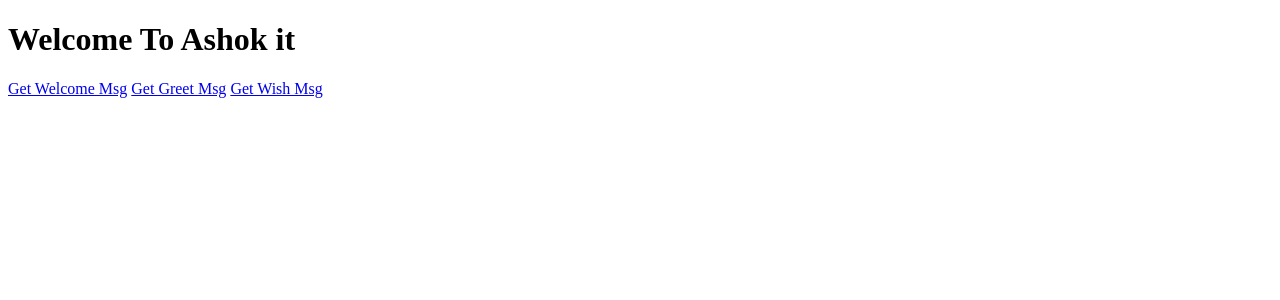
Repository: ashis2000-tech/Development
Page: http://localhost/13-Spring-Web-Mvc-App2-2/pages/index.jsp
An editor plug-in stored every save of this project. The page is shown before and after the next save, followed by the edit.
The browser window is 1280 px wide. The pictures show the whole page.
The page is served by Tomcat 9. Other server files are loaded and not shown.

Above is the page before, as saved 2024-08-05 10:11:46.

### 13-Spring-Web-Mvc-App2-2/src/main/webapp/pages/index.jsp
<%@ page language="java" contentType="text/html; charset=UTF-8"
    pageEncoding="UTF-8"%>
<!DOCTYPE html>
<html>
<head>
<meta charset="UTF-8">
<title>Insert title here</title>
</head>
<body>
<h1>Welcome To Ashok it</h1>
<a href="welcome"> Get Welcome Msg</a>
<a href="greet"> Get Greet Msg</a>
<a href="wish"> Get Wish Msg</a>
</body>
</html>

After the next save:
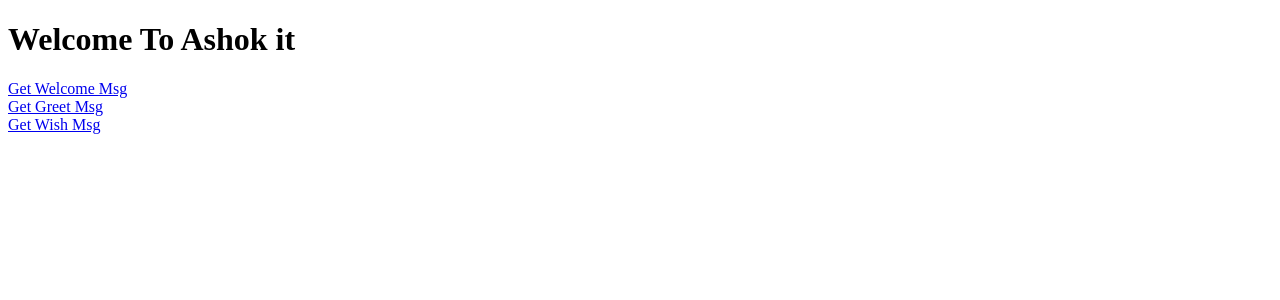
Saved 5 min 19 s later.
--- a/13-Spring-Web-Mvc-App2-2/src/main/webapp/pages/index.jsp
+++ b/13-Spring-Web-Mvc-App2-2/src/main/webapp/pages/index.jsp
@@ -8,8 +8,8 @@
 </head>
 <body>
 <h1>Welcome To Ashok it</h1>
-<a href="welcome"> Get Welcome Msg</a>
-<a href="greet"> Get Greet Msg</a>
-<a href="wish"> Get Wish Msg</a>
+<a href="welcome"> Get Welcome Msg</a><br>
+<a href="greet"> Get Greet Msg</a><br>
+<a href="wish"> Get Wish Msg</a><br>
 </body>
 </html>
